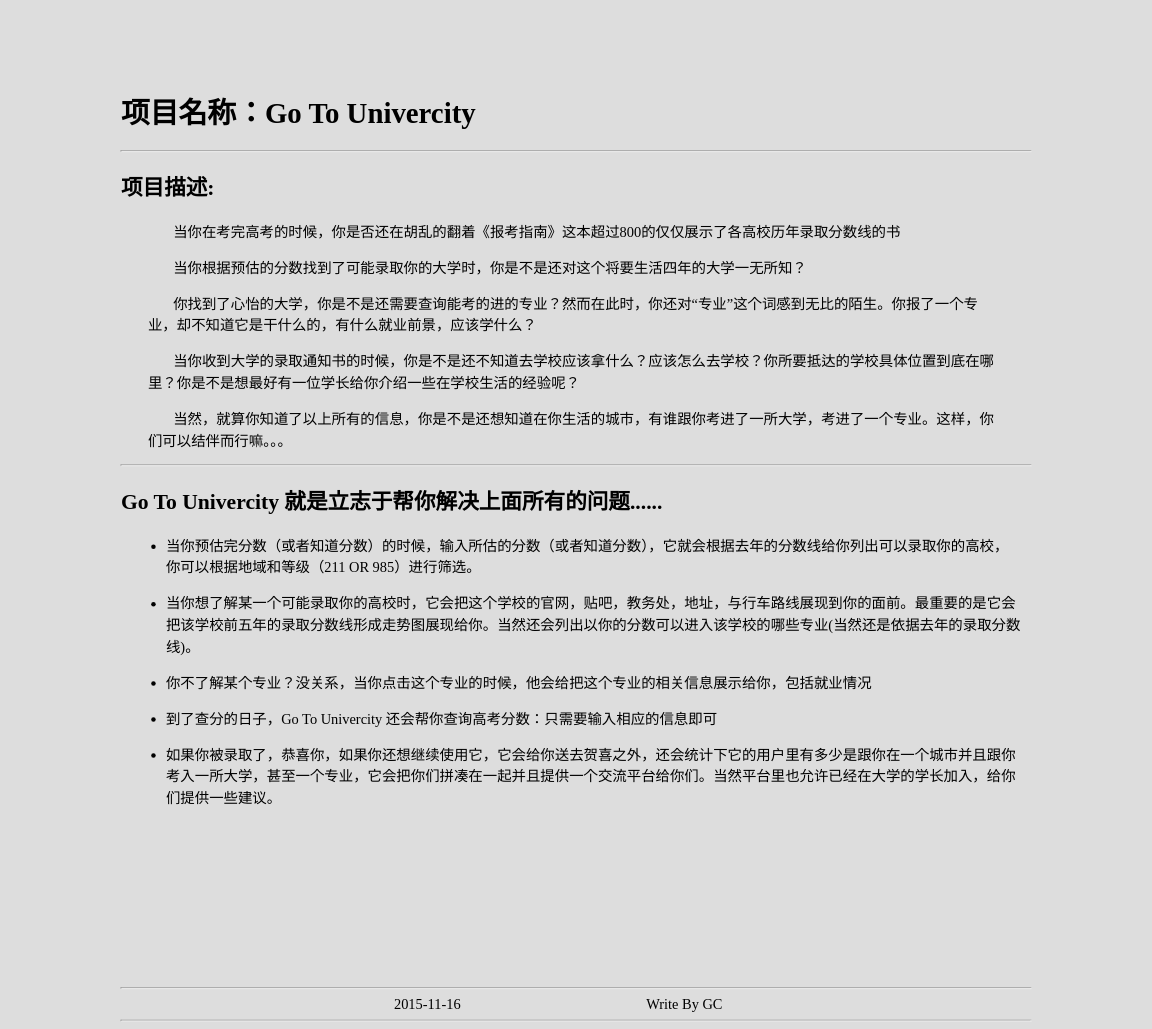
Repository: SUT-GC/GoToUnivercity
Page: http://localhost/GoToUniversity/ideasource/idea.jsp
The author's editor kept a copy of each file at every save. The page is drawn from the files as they stood at one save, then again after the next save.
The browser window is 1280 px wide. The pictures show the whole page, at 90% of full size.
The page is served by Tomcat 9. Nobody is signed in. The application's start-up code is not run.

Above is the page before, as saved 2015-11-16 11:32:24.

After the next save:
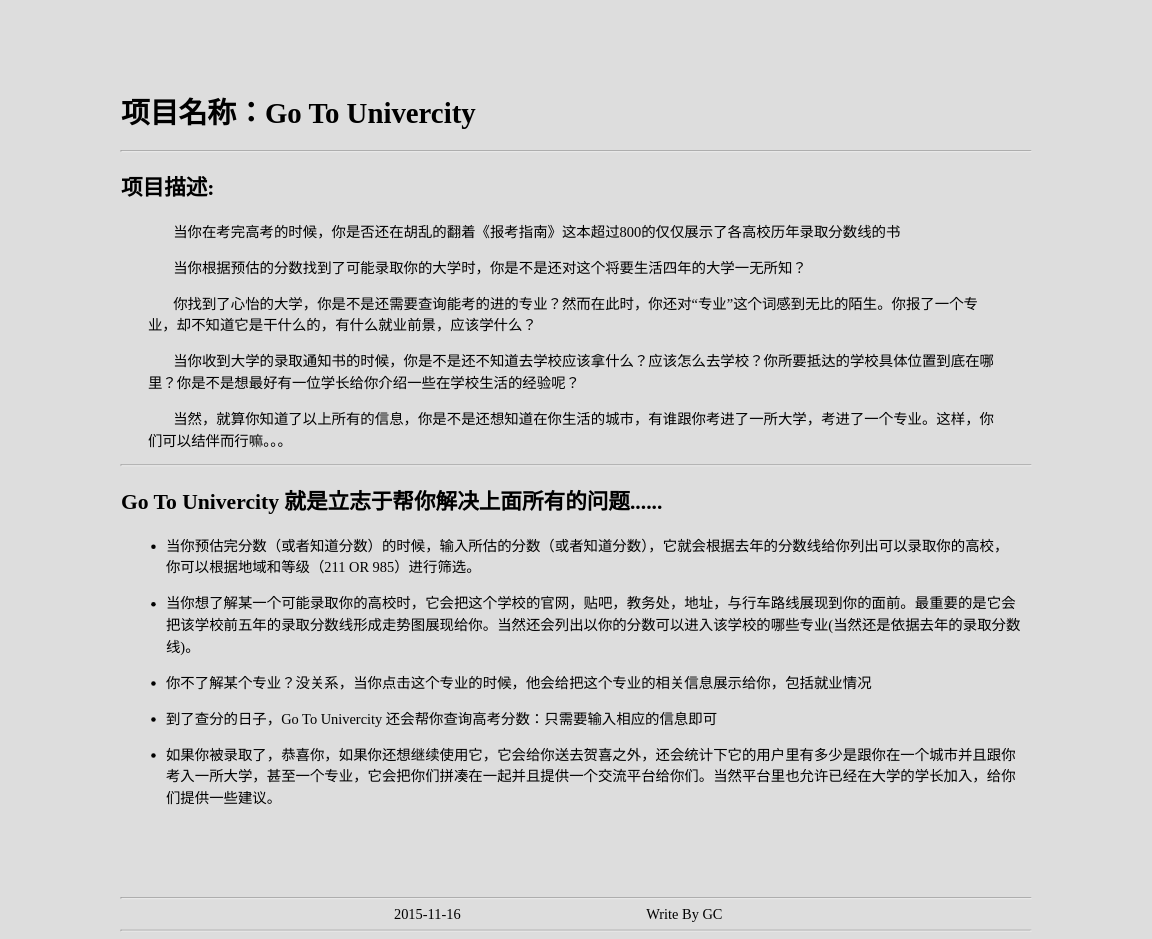
Saved 20 s later.
--- a/GoToUniversity/WebContent/ideasource/css/idea.css
+++ b/GoToUniversity/WebContent/ideasource/css/idea.css
@@ -19,7 +19,7 @@ body{
 	margin-right: 10px;
 }
 .content_tail{
-	margin-bottom: 200px;
+	margin-bottom: 100px;
 }
 .tail_date{
 	margin-left: 30%;
